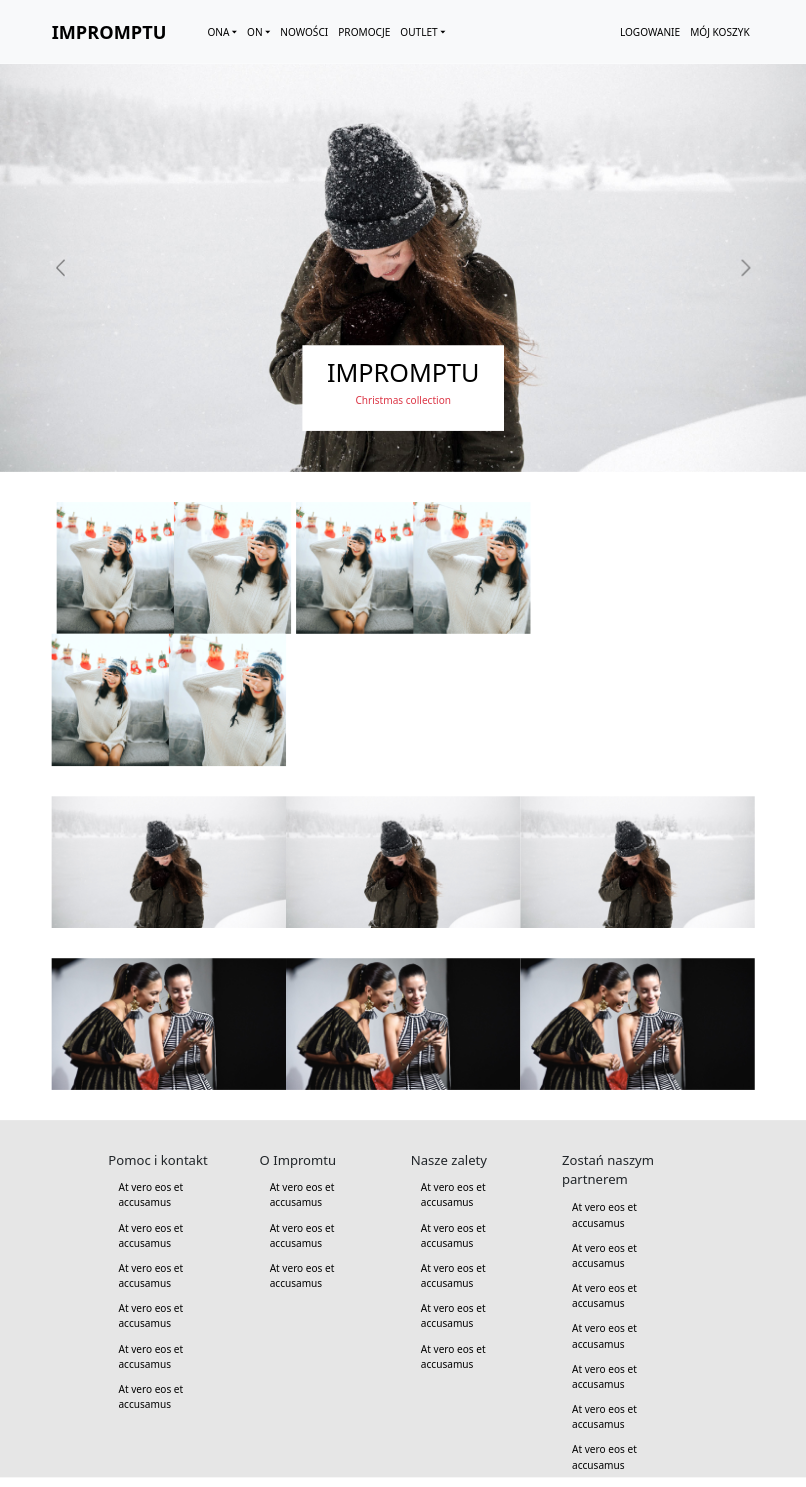
Repository: michalgornicki/Impromptu
Page: /
These files come from the project's save history. The page is drawn as it stood at one moment and after the next save; the edit follows.
The browser window is 1280 px wide. The pictures show the whole page, at 63% of full size.
The project was rebuilt for these pictures with package versions that can differ from the ones it lists, and the page was loaded fresh each time.

Above is the page before, as saved 2021-12-23 14:43:28.

### src/App.jsx
import React from "react";
import "./App.css";
import "bootstrap/dist/css/bootstrap.min.css";
import Container from "react-bootstrap/Container";
import Navbar from "react-bootstrap/Navbar";
import Nav from "react-bootstrap/Nav";
import NavDropdown from "react-bootstrap/NavDropdown";
import Carousel from "react-bootstrap/Carousel";
import Row from "react-bootstrap/Row";
import Col from "react-bootstrap/Col";
import photo1 from "./1.jpg";
import photo2 from "./2.jpg";
import photo3 from "./3.jpg";
import photo4 from "./4.jpg";
import photo5 from "./5.jpg";

function App() {
  return (
    <p>
      <Navbar
        collapseOnSelect
        expand="lg"
        bg="light"
        variant="light"
        className="py-4 display-8 text-dark"
      >
        <Container>
          <Navbar.Brand href="#home" className="w-20 text-bold">IMPROMPTU</Navbar.Brand>
          <Navbar.Toggle aria-controls="responsive-navbar-nav" />
          <Navbar.Collapse id="responsive-navbar-nav">
            <Nav className="me-auto">
              <NavDropdown title="ONA" id="collasible-nav-dropdown">
                <NavDropdown.Item href="#action/3.1">Item</NavDropdown.Item>
                <NavDropdown.Item href="#action/3.2">
                Item
                </NavDropdown.Item>
                <NavDropdown.Item href="#action/3.3">
                Item
                </NavDropdown.Item>
                <NavDropdown.Item href="#action/3.4">
                Item
                </NavDropdown.Item>
                <NavDropdown.Item href="#action/3.4">
                Item
                </NavDropdown.Item>
                <NavDropdown.Item href="#action/3.4">
                Item
                </NavDropdown.Item>
                <NavDropdown.Item href="#action/3.4">
                Item
                </NavDropdown.Item>
                <NavDropdown.Item href="#action/3.4">
                Item
                </NavDropdown.Item>
                <NavDropdown.Item href="#action/3.4">
                Item
                </NavDropdown.Item>
                <NavDropdown.Item href="#action/3.4">
                Item
                </NavDropdown.Item>

              </NavDropdown>
              <NavDropdown title="ON" id="collasible-nav-dropdown">
                <NavDropdown.Item href="#action/3.1">Item</NavDropdown.Item>
                <NavDropdown.Item href="#action/3.2">
                Item
                </NavDropdown.Item>
                <NavDropdown.Item href="#action/3.3">
                Item
                </NavDropdown.Item>
                <NavDropdown.Item href="#action/3.4">
                Item
                </NavDropdown.Item>
                <NavDropdown.Item href="#action/3.4">
                Item
                </NavDropdown.Item>
                <NavDropdown.Item href="#action/3.4">
                Item
                </NavDropdown.Item>
                <NavDropdown.Item href="#action/3.4">
                Item
                </NavDropdown.Item>
              </NavDropdown>
              <Nav.Link href="#pricing">NOWOŚCI</Nav.Link>
              <Nav.Link href="#pricing">PROMOCJE</Nav.Link>
              <NavDropdown title="OUTLET" id="collasible-nav-dropdown">
                <div className="flex flex-column">
                  <div className="container">
                <NavDropdown.Item href="#action/3.1">Item</NavDropdown.Item>
                <NavDropdown.Item href="#action/3.2">
                Item
                </NavDropdown.Item>
                <NavDropdown.Item href="#action/3.3">
                Item
                </NavDropdown.Item>
                <NavDropdown.Item href="#action/3.4">
                Item
                </NavDropdown.Item>
                <NavDropdown.Item href="#action/3.4">
                Item
                </NavDropdown.Item>
                <NavDropdown.Item href="#action/3.4">
                Item
                </NavDropdown.Item>
                <NavDropdown.Item href="#action/3.4">
                Item
                </NavDropdown.Item>
                <NavDropdown.Item href="#action/3.4">
                Item
                </NavDropdown.Item>
                </div>
                <div className="container">
                <NavDropdown.Item href="#action/3.1">Item</NavDropdown.Item>
                <NavDropdown.Item href="#action/3.2">
                Item
                </NavDropdown.Item>
                <NavDropdown.Item href="#action/3.3">
                Item
                </NavDropdown.Item>
                <NavDropdown.Divider />
                <NavDropdown.Item href="#action/3.4">
                Item
                </NavDropdown.Item>
                </div>
                </div>
              </NavDropdown>
            </Nav>
            <Nav>
              <Nav.Link href="#deets">LOGOWANIE</Nav.Link>
              <Nav.Link href="#memes">MÓJ KOSZYK</Nav.Link>
            </Nav>
          </Navbar.Collapse>
        </Container>
      </Navbar>

      <Carousel variant="dark" indicators={false} pause="false">
  <Carousel.Item>
    <img
      className="d-block w-100"
      src={photo1}
      alt="First slide"
    />
    <Carousel.Caption>
      <h5 className="display-6">IMPROMPTU</h5>
      <p className="text-danger">Christmas collection</p>
    </Carousel.Caption>
  </Carousel.Item>
  <Carousel.Item>
    <img
      className="d-block w-100"
      src={photo2}
      alt="Second slide"
    />
    <Carousel.Caption>
    <h5 className="display-6">IMPROMPTU</h5>
      <p className="text-danger">Christmas collection</p>
    </Carousel.Caption>
  </Carousel.Item>
  <Carousel.Item>
    <img
      className="d-block w-100"
      src={photo3}
      alt="Third slide"
    />
    <Carousel.Caption>
    <h5 className="display-6">IMPROMPTU</h5>
      <p className="text-danger">Christmas collection</p>
    </Carousel.Caption>
  </Carousel.Item>
  <Carousel.Item>
    <img
      className="d-block w-100"
      src={photo4}
      alt="Third slide"
    />
    <Carousel.Caption>
    <h5 className="display-6">IMPROMPTU</h5>
      <p className="text-danger">Christmas collection</p>
    </Carousel.Caption>
  </Carousel.Item>
  <Carousel.Item>
    <img
      className="d-block w-100"
      src={photo5}
      alt="Third slide"
    />
    <Carousel.Caption>
    <h5 className="display-6">IMPROMPTU</h5>
      <p className="text-danger">Christmas collection</p>
    </Carousel.Caption>
  </Carousel.Item>
</Carousel>

<Container className="mt-5">
<div className="mb-5">
  <img className="grid-item col-lg-4 col-md-3 col-xs-3 mx-2" src={photo1} alt="" />
  <img className="grid-item col-lg-4 col-md-3 col-xs-3" src={photo1} alt="" />
  <img className="grid-item col-lg-4 col-md-3 col-xs-3" src={photo1} alt="" />
</div>
<div className="mb-5">
<img className="grid-item col-lg-4 col-md-3 col-xs-3" src={photo2} alt="" />
  <img className="grid-item col-lg-4 col-md-3 col-xs-3" src={photo2} alt="" />
  <img className="grid-item col-lg-4 col-md-3 col-xs-3" src={photo2} alt="" />
</div>
<div className="mb-5">
<img className="grid-item col-lg-4 col-md-3 col-xs-3" src={photo3} alt="" />
  <img className="grid-item col-lg-4 col-md-3 col-xs-3" src={photo3} alt="" />
  <img className="grid-item col-lg-4 col-md-3 col-xs-3" src={photo3} alt="" />
</div>
</Container>

<Nav
  activeKey="/home"
  className="mt-5 pt-5 bg-lightgray"
>
  <Row className="w-75 m-auto">
  <Col>
  <div className="display-7 mb-2">
    Pomoc i kontakt
  </div>
  <Nav.Item>
    <Nav.Link className="text-slim" eventKey="link-1">At vero eos et accusamus</Nav.Link>
  </Nav.Item>
  <Nav.Item>
    <Nav.Link className="text-slim" eventKey="link-2">At vero eos et accusamus</Nav.Link>
  </Nav.Item>
  <Nav.Item>
    <Nav.Link className="text-slim" eventKey="link-2">At vero eos et accusamus</Nav.Link>
  </Nav.Item>
  <Nav.Item>
    <Nav.Link className="text-slim" eventKey="link-2">At vero eos et accusamus</Nav.Link>
  </Nav.Item>
  <Nav.Item>
    <Nav.Link className="text-slim" eventKey="link-2">At vero eos et accusamus</Nav.Link>
  </Nav.Item>
  <Nav.Item>
    <Nav.Link className="text-slim" eventKey="link-2">At vero eos et accusamus</Nav.Link>
  </Nav.Item>
  </Col>
  <Col>
  <div className="display-7 mb-2">
    O Impromtu
  </div>
  <Nav.Item>
    <Nav.Link className="text-slim" eventKey="link-1">At vero eos et accusamus</Nav.Link>
  </Nav.Item>
  <Nav.Item>
    <Nav.Link className="text-slim" eventKey="link-2">At vero eos et accusamus</Nav.Link>
  </Nav.Item>
  <Nav.Item>
  <Nav.Item>
    <Nav.Link className="text-slim" eventKey="link-2">At vero eos et accusamus</Nav.Link>
  </Nav.Item>
  </Nav.Item>
  </Col>
  <Col>
  <div className="display-7 mb-2">
    Nasze zalety
  </div>
  <Nav.Item>
    <Nav.Link className="text-slim" eventKey="link-1">At vero eos et accusamus</Nav.Link>
  </Nav.Item>
  <Nav.Item>
    <Nav.Link className="text-slim" eventKey="link-2">At vero eos et accusamus</Nav.Link>
  </Nav.Item>
  <Nav.Item>
  <Nav.Item>
    <Nav.Link className="text-slim" eventKey="link-2">At vero eos et accusamus</Nav.Link>
  </Nav.Item>
  <Nav.Item>
    <Nav.Link className="text-slim" eventKey="link-2">At vero eos et accusamus</Nav.Link>
  </Nav.Item>
  <Nav.Item>
    <Nav.Link className="text-slim" eventKey="link-2">At vero eos et accusamus</Nav.Link>
  </Nav.Item>
  </Nav.Item>
  </Col>
  <Col>
  <div className="display-7 mb-2">
    Zostań naszym partnerem
  </div>
  <Nav.Item>
    <Nav.Link className="text-slim" eventKey="link-1">At vero eos et accusamus</Nav.Link>
  </Nav.Item>
  <Nav.Item>
    <Nav.Link className="text-slim" eventKey="link-2">At vero eos et accusamus</Nav.Link>
  </Nav.Item>
  <Nav.Item>
  <Nav.Item>
    <Nav.Link className="text-slim" eventKey="link-2">At vero eos et accusamus</Nav.Link>
  </Nav.Item>
  <Nav.Item>
    <Nav.Link className="text-slim" eventKey="link-2">At vero eos et accusamus</Nav.Link>
  </Nav.Item>
  <Nav.Item>
    <Nav.Link className="text-slim" eventKey="link-2">At vero eos et accusamus</Nav.Link>
  </Nav.Item>
  <Nav.Item>
    <Nav.Link className="text-slim" eventKey="link-2">At vero eos et accusamus</Nav.Link>
  </Nav.Item>
  <Nav.Item>
    <Nav.Link className="text-slim" eventKey="link-2">At vero eos et accusamus</Nav.Link>
  </Nav.Item>
  </Nav.Item>
  </Col>
  </Row>
</Nav>


    </p>
  );
}

export default App;

### src/App.css
.w-20{
    width: 20%!important;
}

.w-33{
    width: 33.333%!important;
}

.text-bold{
    font-weight: 900!important;
}

.text-slim{
    font-weight: 100!important;
}

.navbar-brand{
    font-size: 1.8rem!important;
}

.display-7{
    font-size: 1.3rem;
}

.display-8{
    font-size: 1rem;
}

.nav-link {
    color: black!important;
}

.carousel img {
    height: 90vh;
    object-fit: cover;
}

.carousel-caption{
    background-color: rgba(255, 255, 255, 1);
    bottom: 10%!important;
    width: 25%;
    margin: auto;
}

.bg-lightgray{
    background-color: rgb(230, 230, 230);
}

.grid-item{
    width: 33.333%;
   }

.grid-item:hover{
 transform: scale(1.1);
}

Loaded but not shown: public/index.html (common file); src/index.js (common file); src/index.css (common file); src/reportWebVitals.js (common file)

After the next save:
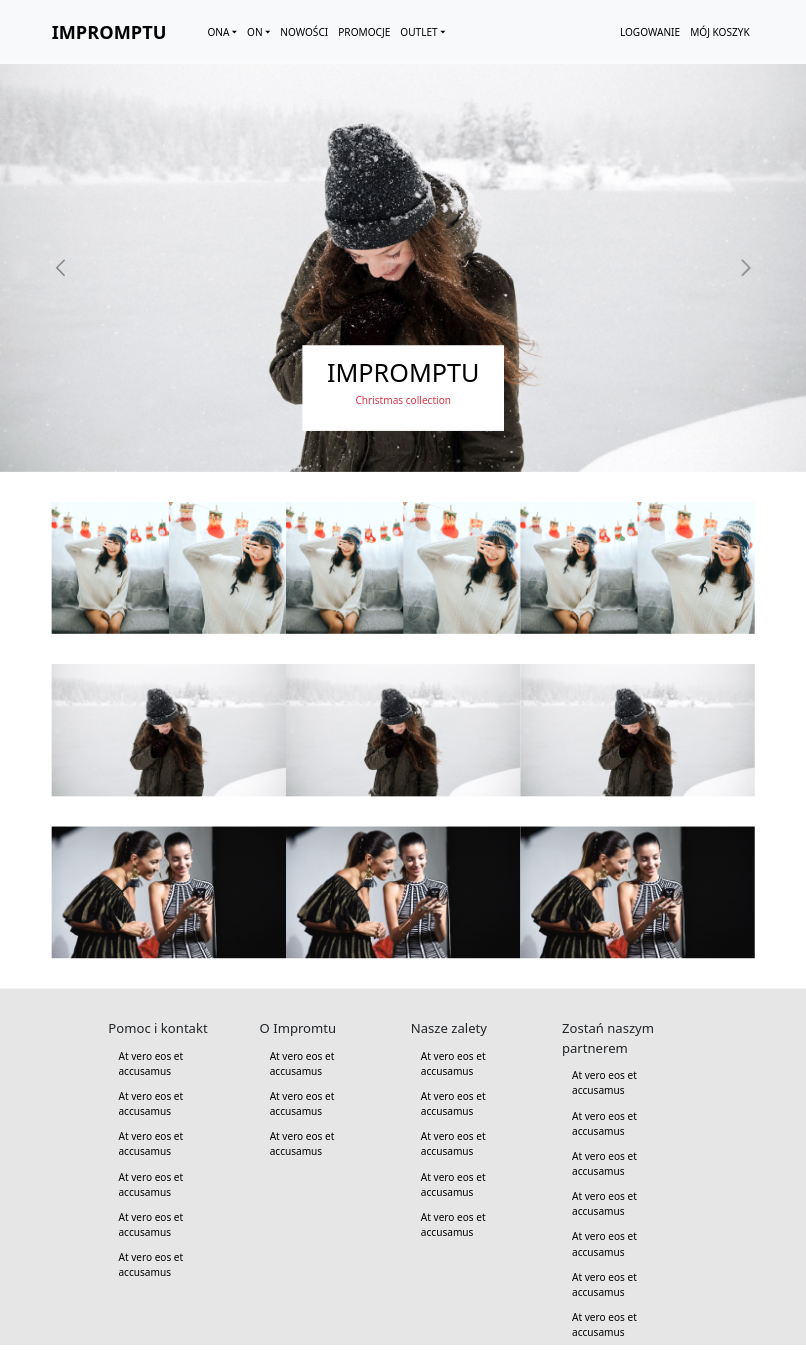
Saved 4 s later.
--- a/src/App.jsx
+++ b/src/App.jsx
@@ -193,7 +193,7 @@
 
 <Container className="mt-5">
 <div className="mb-5">
-  <img className="grid-item col-lg-4 col-md-3 col-xs-3 mx-2" src={photo1} alt="" />
+  <img className="grid-item col-lg-4 col-md-3 col-xs-3" src={photo1} alt="" />
   <img className="grid-item col-lg-4 col-md-3 col-xs-3" src={photo1} alt="" />
   <img className="grid-item col-lg-4 col-md-3 col-xs-3" src={photo1} alt="" />
 </div>
